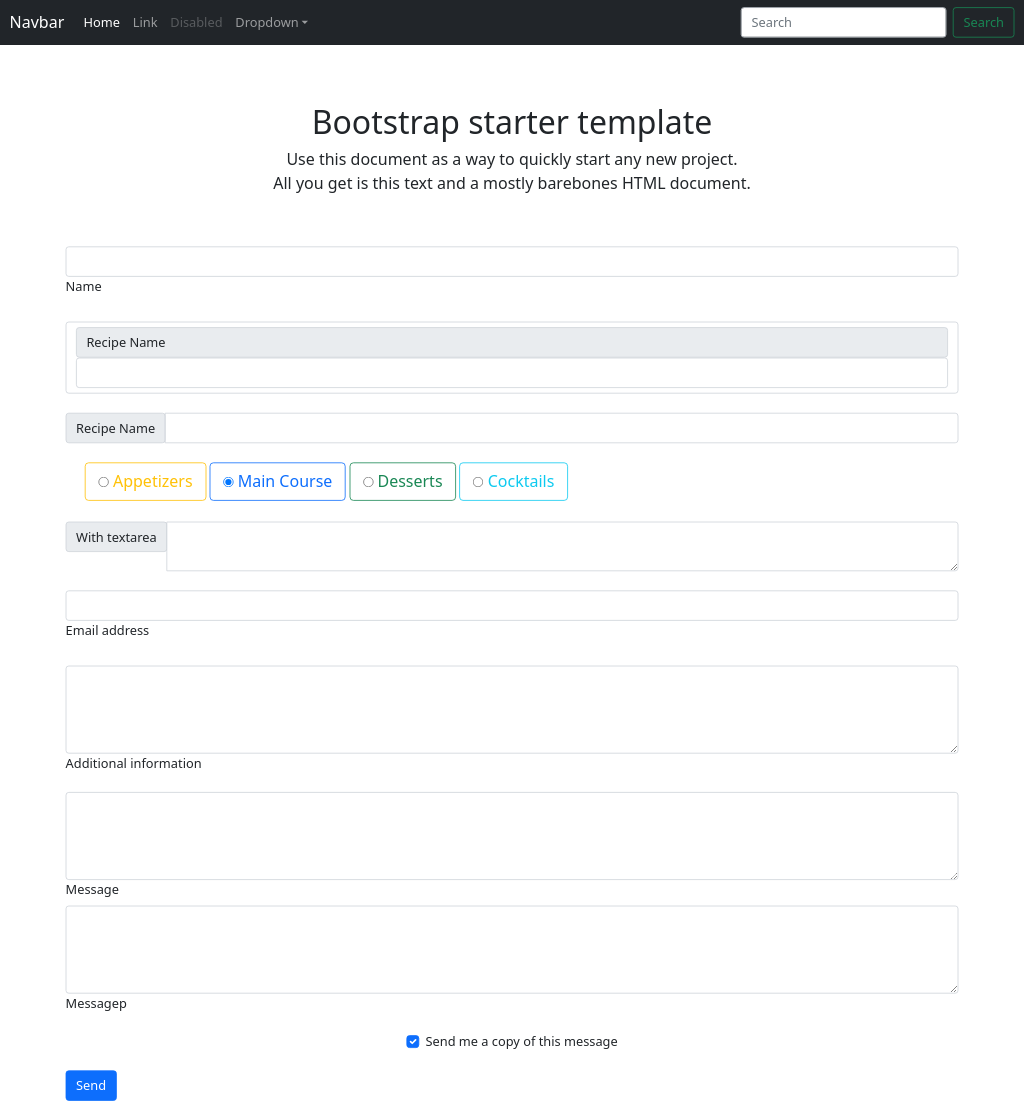
Repository: jerrywthompson/createRecipeWebpageHTML
Page: index.html
An editor plug-in stored every save of this project. The page is shown before and after the next save, followed by the edit.
The browser window is 1280 px wide. The pictures show the whole page, at 80% of full size.

Above is the page before, as saved 2021-02-23 22:15:13.

After the next save:
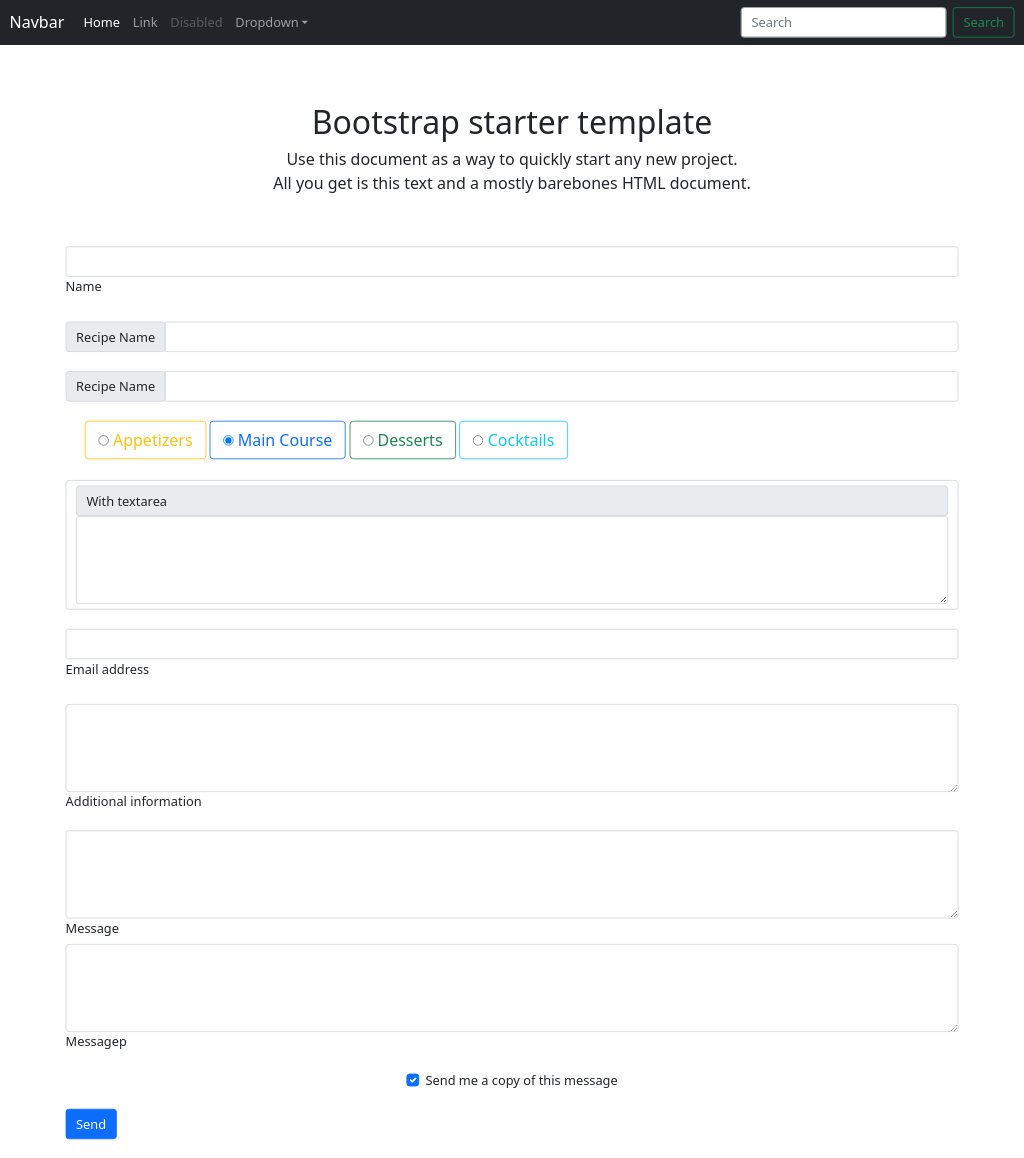
Saved 33 s later.
--- a/index.html
+++ b/index.html
@@ -89,7 +89,7 @@
                             <label class="form-label" for="form4Example1">Name</label>
                         </div>
 
-                        <div class="form-control mb-4">
+                        <div class="input-group mb-4">
                             <div class="input-group-prepend">
                                 <span class="input-group-text" id="inputGroup-sizing-default">Recipe Name</span>
                             </div>
@@ -120,11 +120,11 @@
                             </div>
                         </div>
 
-                        <div class="input-group mb-4">
+                        <div class="form-control mb-4">
                             <div class="input-group-prepend">
                                 <span class="input-group-text">With textarea</span>
                             </div>
-                            <textarea class="form-control" name="comments" id="form4Example3"></textarea>
+                            <textarea class="form-control" name="comments" id="form4Example3" rows="4"></textarea>
                         </div>
 
                         <!-- Email input -->
